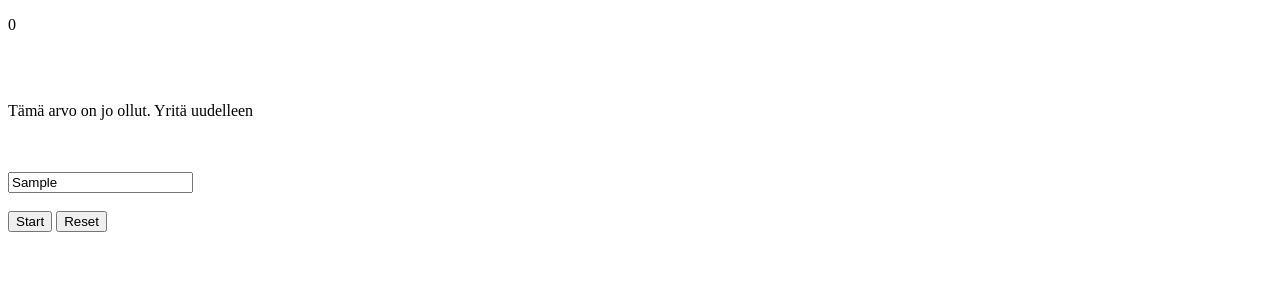
Repository: VadimZubchenko/numeronarvouspeli_JS
Page: public/index.html
These files come from the project's save history. The page is drawn as it stood at one moment and after the next save; the edit follows.
The browser window is 1280 px wide. The pictures show the whole page.
Empty fields were first filled with sample values (such as "Sample", 5 or name@example.com).
After loading, the first visible `#startGame` was clicked once.

Above is the page before, as saved 2022-04-25 20:27:37.

### public/index.html
<!DOCTYPE html>
<html lang="en">
<head>
  <meta charset="UTF-8">
  <meta http-equiv="X-UA-Compatible" content="IE=edge">
  <meta name="viewport" content="width=device-width, initial-scale=1.0">
  <title>Numeroarvouspeli</title>
  <script src="script.js"></script>
</head>
<body>
  <p id="maara" >Maara</p>
  <br><br>
  <p id="message" value="0">Tähän tulee viesti!</p>
  <br><br>
  <input type="text" id="numero" name="numero" placeholder="Laita numero">
  <br>
  <br>
  <button id="startGame" onclick="startGame()">Start</button>
  <button id="resetGame" onclick="resetGame()">Reset</button>
</body>
</html>

### public/script.js
var running = 0;
const getValue = 0;
let lastMin = 0;
let lastMax = 100;
let kpl = 0;

const arvo = Math.floor(Math.random() * 100);
console.log("Arvo :" + arvo);
function startGame() {
  let startbutton = document.getElementById("startGame");
  //jos se on jo käynnissä sittten running = true;
  let clientArvo = document.getElementById("numero").value;
  //console.log(clientArvo);
  if (lastMin < clientArvo < lastMax) {
    if (clientArvo < arvo) {
      document.getElementById("message").innerHTML =
        "Numerosi on arvoa pienempi";
      kpl++;
      lastMin = clientArvo;
    }
    if (clientArvo > arvo) {
      document.getElementById("message").innerHTML =
        "Numerosi on  arvoa isompi";
      kpl++;
      lastMax = clientArvo;
    }
    if (clientArvo == arvo) {
      document.getElementById("message").innerHTML = "Arvosit oikein";
    }
  }
  document.getElementById("message").innerHTML =
    "Tämä arvo on jo ollut. Yritä uudelleen";
  document.getElementById("maara").innerHTML = kpl;

  console.log("min:" + lastMin);
  console.log("max: :" + lastMax);
}

After the next save:
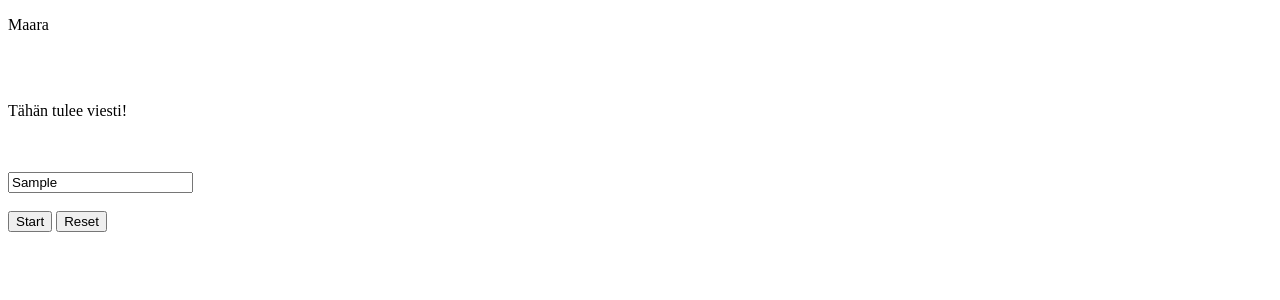
Saved 102 s later.
--- a/public/script.js
+++ b/public/script.js
@@ -27,11 +27,11 @@ function startGame() {
     if (clientArvo == arvo) {
       document.getElementById("message").innerHTML = "Arvosit oikein";
     }
+  } else {
+    document.getElementById("message").innerHTML =
+      "Tämä arvo on jo ollut. Yritä uudelleen";
+    document.getElementById("maara").innerHTML = kpl;
   }
-  document.getElementById("message").innerHTML =
-    "Tämä arvo on jo ollut. Yritä uudelleen";
-  document.getElementById("maara").innerHTML = kpl;
-
   console.log("min:" + lastMin);
   console.log("max: :" + lastMax);
 }
